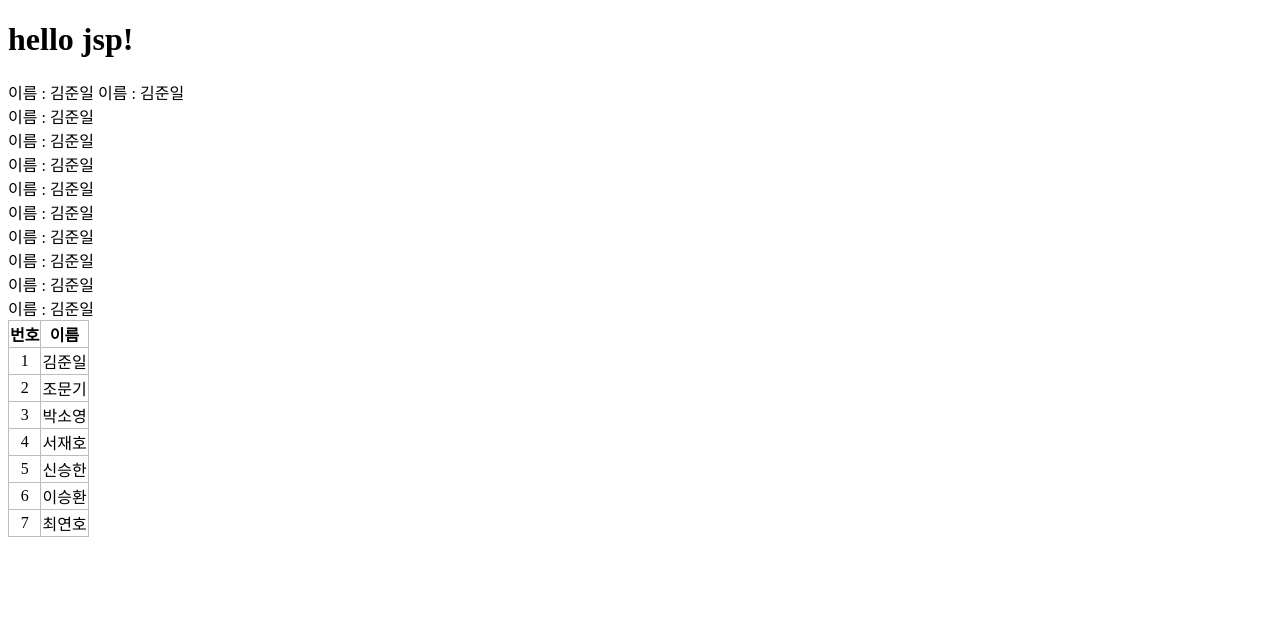
Repository: qorals1121/JavaStudy-20220824-mingyeong
Page: http://localhost/ServletStudy-20220823-mingyeong/Hello.jsp
The author's editor kept a copy of each file at every save. The page is drawn from the files as they stood at one save, then again after the next save.
The browser window is 1280 px wide. The pictures show the whole page.
The page is served by Tomcat 9. Nobody is signed in. The application's start-up code is not run. Other server files are loaded and not shown.

Above is the page before, as saved 2022-08-23 03:07:57.

### ServletStudy-20220823-mingyeong/src/main/webapp/Hello.jsp
<%@page import="java.util.ArrayList"%>
<%@page import="java.util.List"%>
<%@ page language="java" contentType="text/html; charset=UTF-8"
    pageEncoding="UTF-8"%>

<%!
	// 선언식 (메소드도 선언 가능)
	String name = "김준일";
	List<String> nameList = new ArrayList<String>();
%>

<%
	nameList.add("김준일");
	nameList.add("조문기");
	nameList.add("박소영");
	nameList.add("서재호");
	nameList.add("신승한");
	nameList.add("이승환");
	nameList.add("최연호");
%>
<!DOCTYPE html>
<html>
<head>
<meta charset="UTF-8">
<title>Insert title here</title>
<style type="text/css">
	table, th, td {
	text-align: center;
	border-collapse: collapse;

	border: 1px solid #bdbdbd;
	}

	</style>
</head>

<body>
	<h1>hello jsp!</h1>
	<label>이름 : </label><%=name %>
	<%
		for(int i = 0; i < 10; i++) {
	%>
	<label>이름 : </label><%=name %><br>
	<%		// 태그들은 이어지며 중간에 선언을 끼워넣을 수 있다.
		}
	%>

	<table>
		<tr>
			<th>번호</th>
			<th>이름</th>
		</tr>
<%
		for(int i = 0; i < nameList.size(); i++) {
%>
		<tr>
			<td><%=i + 1 %></td>
			<td><%= nameList.get(i) %></td>
		</tr>
<%
		}
%>

	</table>
</body>
</html>

After the next save:
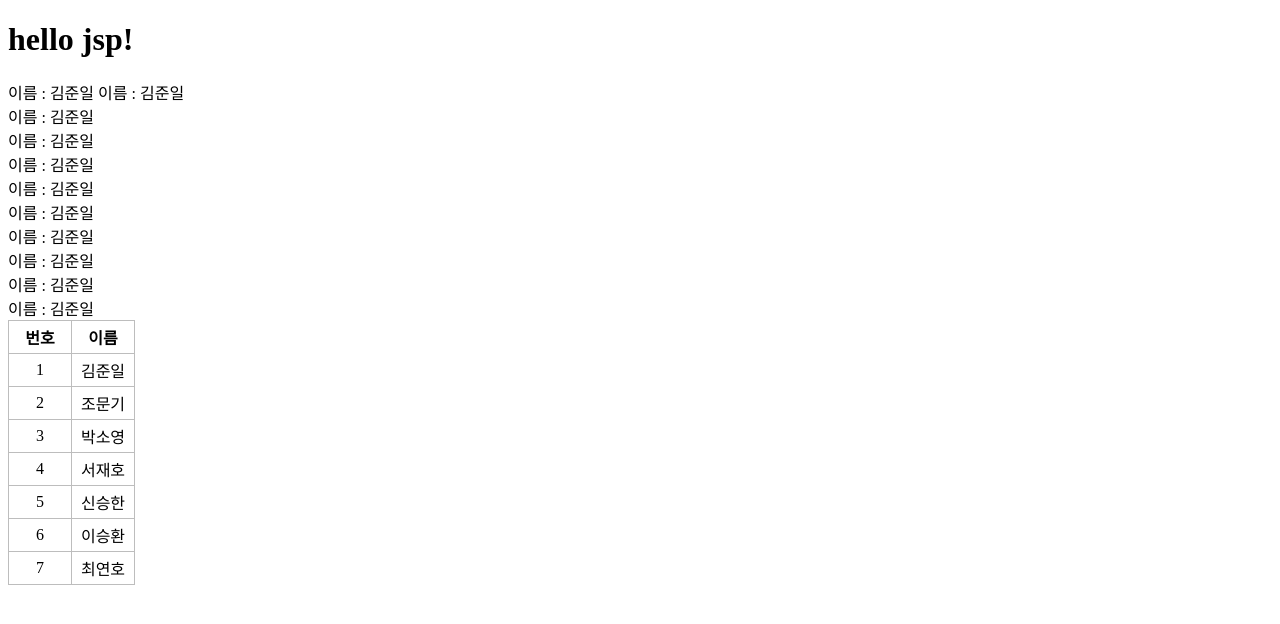
Saved 4 min 30 s later.
--- a/ServletStudy-20220823-mingyeong/src/main/webapp/Hello.jsp
+++ b/ServletStudy-20220823-mingyeong/src/main/webapp/Hello.jsp
@@ -6,10 +6,13 @@
 <%!
 	// 선언식 (메소드도 선언 가능)
 	String name = "김준일";
-	List<String> nameList = new ArrayList<String>();
+	// List<String> nameList = new ArrayList<String>(); 이 자리에 선언을 할 경우 호출을 다시 했을 때 다시 add가 일어난다.
 %>
 
 <%
+	// 스크립틀릿
+	List<String> nameList = new ArrayList<String>();
+
 	nameList.add("김준일");
 	nameList.add("조문기");
 	nameList.add("박소영");
@@ -29,6 +32,11 @@
 	border-collapse: collapse;
 
 	border: 1px solid #bdbdbd;
+	}
+
+	th, td {
+	width: 60px;
+	height: 30px;
 	}
 
 	</style>
